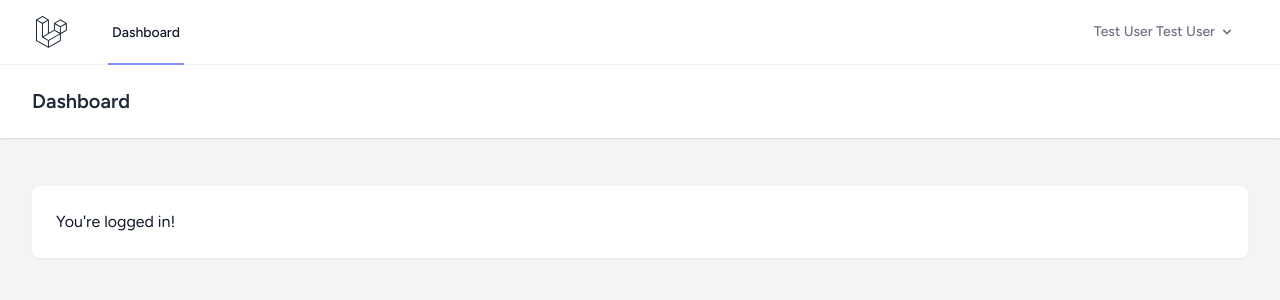
Repository: rkrukshan/Multiple_Role_Authentication_using_Laravel_Breeze
Page: http://localhost/dashboard
An editor plug-in stored every save of this project. The page is shown before and after the next save, followed by the edit.
The browser window is 1280 px wide. The pictures show the whole page.
The page is served by the project's Laravel application, run on PHP 8.4 with Laravel 10. A made-up administrator, Test User (test@example.com), is signed in. Style sheets and scripts are compiled from the project's sources, by tool versions that may differ from the author's.

Above is the page before, as saved 2023-11-19 18:30:28.

After the next save:
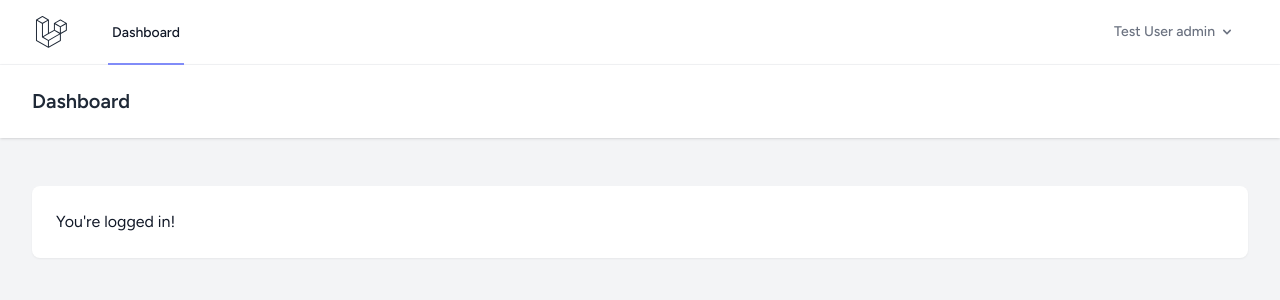
Saved 5 s later.
--- a/resources/views/layouts/navigation.blade.php
+++ b/resources/views/layouts/navigation.blade.php
@@ -23,7 +23,7 @@
                 <x-dropdown align="right" width="48">
                     <x-slot name="trigger">
                         <button class="inline-flex items-center px-3 py-2 border border-transparent text-sm leading-4 font-medium rounded-md text-gray-500 dark:text-gray-400 bg-white dark:bg-gray-800 hover:text-gray-700 dark:hover:text-gray-300 focus:outline-none transition ease-in-out duration-150">
-                            <div>{{ Auth::user()->name }} {{ Auth::user()->name }}</div>
+                            <div>{{ Auth::user()->name }} {{ Auth::user()->role }}</div>
 
                             <div class="ms-1">
                                 <svg class="fill-current h-4 w-4" xmlns="http://www.w3.org/2000/svg" viewBox="0 0 20 20">
